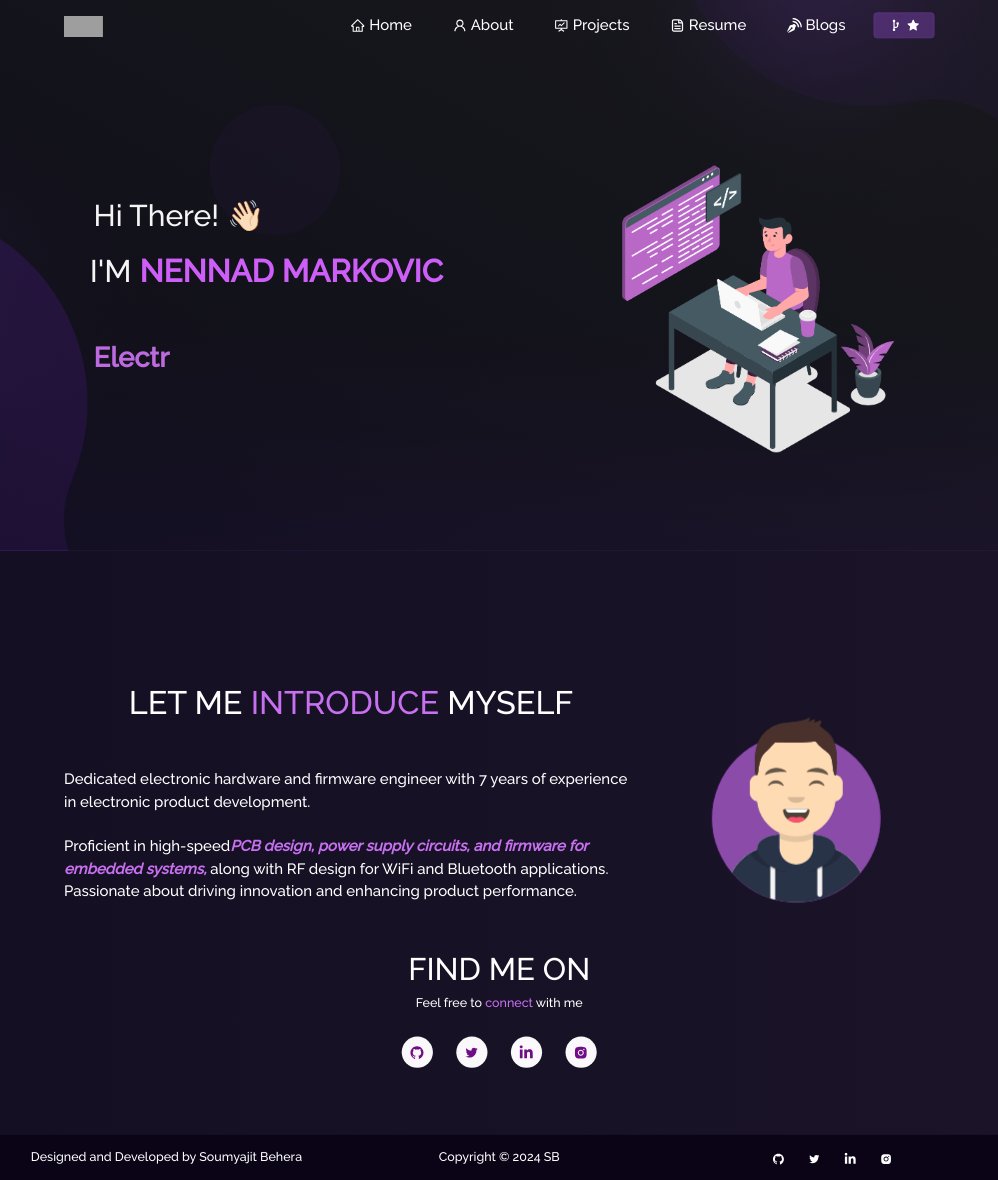
Repository: nenadMarkorvic/personal-website
Page: /
The author's editor kept a copy of each file at every save. The page is drawn from the files as they stood at one save, then again after the next save.
The browser window is 1280 px wide. The pictures show the whole page, at 78% of full size.
Pictures or frames that could not be fetched are drawn as grey boxes. The project was rebuilt for these pictures with package versions that can differ from the ones it lists, and the page was loaded fresh each time. Also part of the build but not shown: src/components/About/Github.js, src/components/About/Techstack.js, src/components/About/AboutCard.js, src/components/About/Toolstack.js, src/components/About/About.js, src/components/Projects/ProjectCards.js, src/components/Projects/Projects.js, src/components/Resume/ResumeNew.js. Imported but missing from the stored project, and not drawn on this page: src/Assets/Soumyajit_Behera-BIT_MESRA.pdf.

Above is the page before, as saved 2024-08-29 06:55:13.

After the next save:
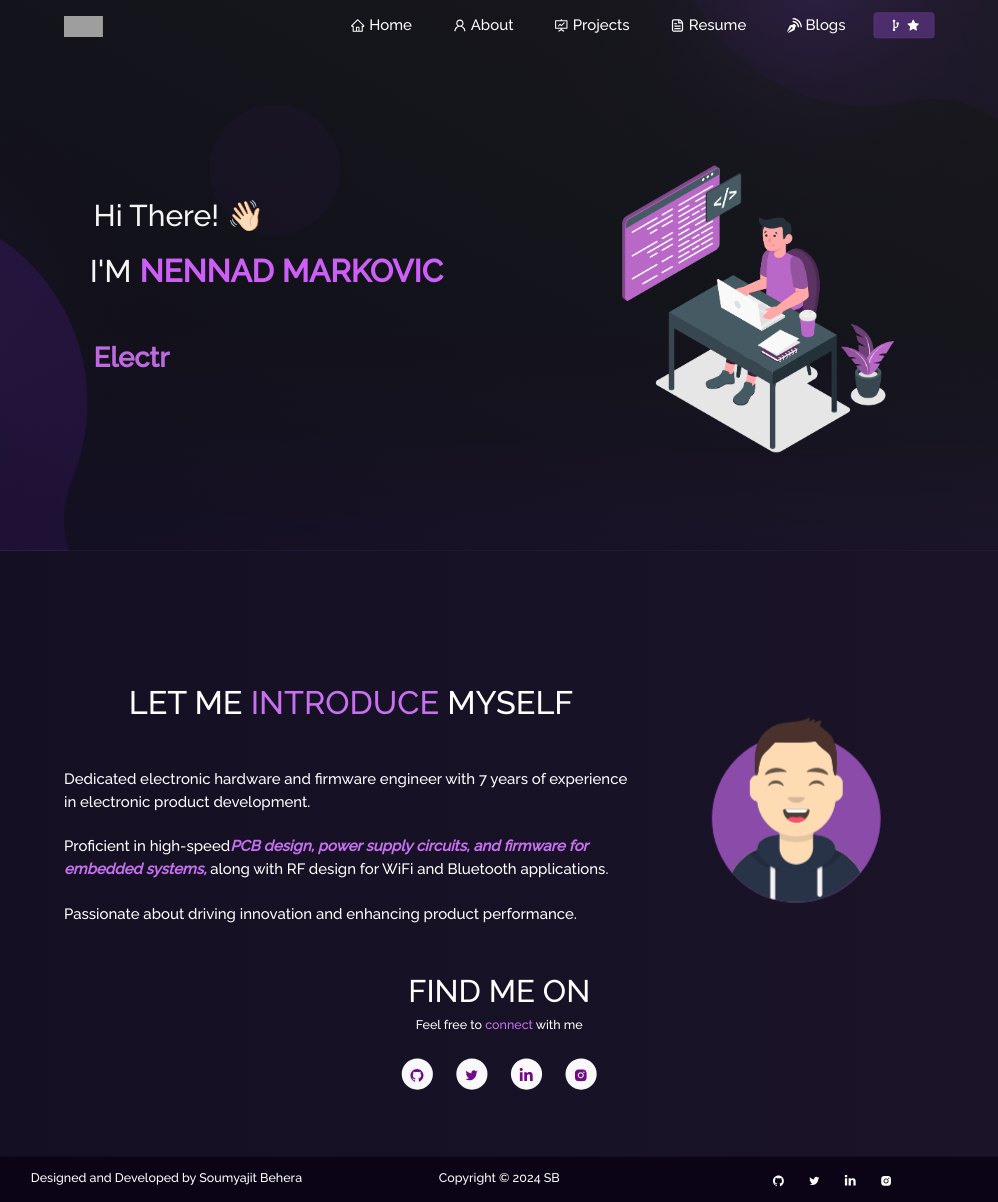
Saved 16 s later.
--- a/src/components/Home/Home2.js
+++ b/src/components/Home/Home2.js
@@ -27,8 +27,9 @@ function Home2() {
                 <b className="purple">PCB design, power supply circuits, and firmware for embedded systems, </b>
               </i>
               along with RF design for WiFi and Bluetooth applications.
-              Passionate
-              about driving innovation and enhancing product performance.
+              <br />
+              <br />
+              Passionate about driving innovation and enhancing product performance.
 
 
 
